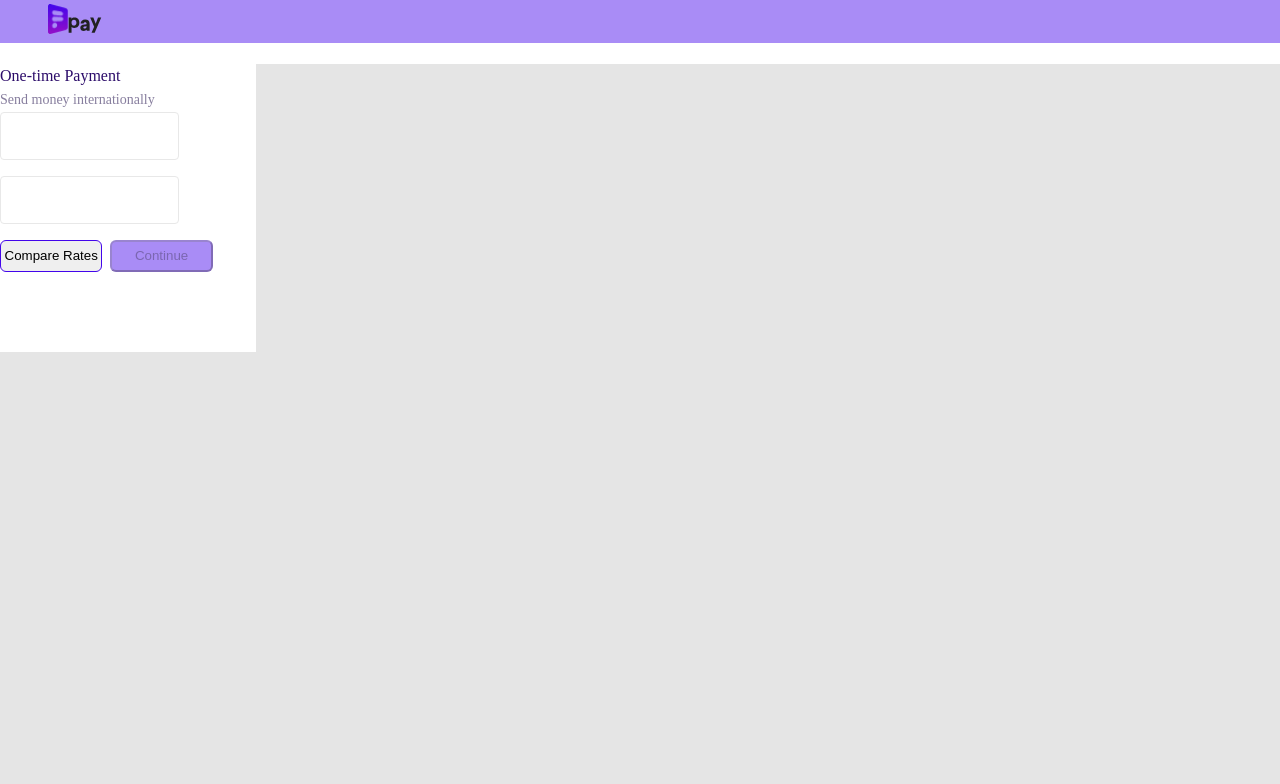
Repository: nilesjamex/fincra
Page: /
An editor plug-in stored every save of this project. The page is shown before and after the next save, followed by the edit.
The browser window is 1280 px wide. The pictures show the whole page.
The project was rebuilt for these pictures with package versions that can differ from the ones it lists, and the page was loaded fresh each time. The framework's server and built-in components were replaced by stand-ins that run in the browser. Also part of the build but not shown: next.config.js.

Above is the page before, as saved 2021-11-01 11:20:51.

After the next save:
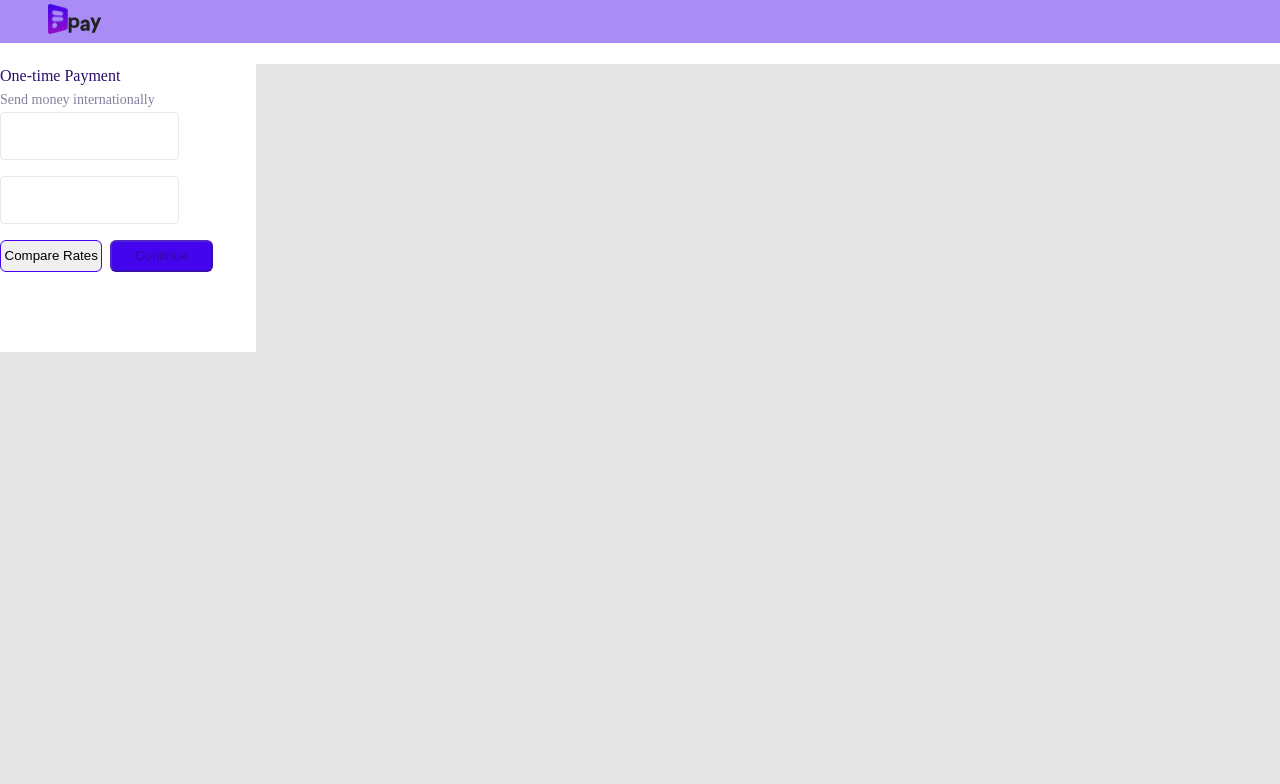
Saved 27 s later.
--- a/Components/pay.module.css
+++ b/Components/pay.module.css
@@ -45,6 +45,6 @@
 .continue {
     height: 2rem;
     width: 40%;
-    background: #A98CF6;
+    background: #4305EB;
     border-radius: 6px;
 }
